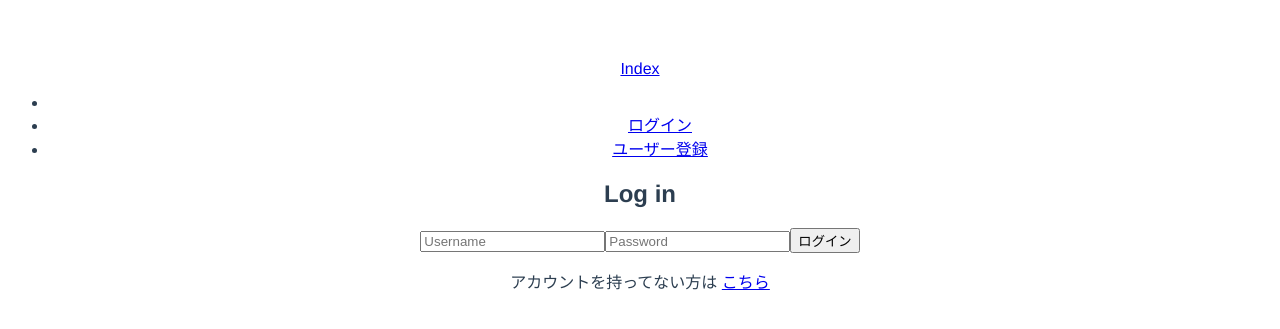
Repository: dododoSA/chat-app
Page: /login (app in front/)
These files come from the project's save history. The page is drawn as it stood at one moment and after the next save; the edit follows.
The browser window is 1280 px wide. The pictures show the whole page.
The project was rebuilt for these pictures with package versions that can differ from the ones it lists, and the page was loaded fresh each time. Also part of the build but not shown: front/vue.config.js, front/src/components/HelloWorld.vue, front/src/components/Thread.vue, front/src/components/Channel.vue, front/src/components/Top.vue, front/src/components/Signup.vue, front/src/components/NewChannelForm.vue, front/src/components/EditChannelForm.vue.

Above is the page before, as saved 2019-09-09 10:28:30.

### front/src/main.js
import Vue from 'vue'
import App from './App.vue'
import router from './router'
import store from './store'

Vue.config.productionTip = false
Vue.config.devtools = true

new Vue({
  store,
  router,
  render: h => h(App),
}).$mount('#app')

### front/src/App.vue
<template>
  <div id="app">
    <nav class="navbar navbar-expand navbar-dark bg-dark">
      <router-link to="/">Index</router-link>
      <ul class="navbar-nav mr-auto">
        <li class="nav-item">
            <a v-if="!me" href="#" class="nav-link" @click="logout">ログアウト</a>
        </li>
        <li v-if="me" class="nav-item">
          <router-link to="/login">ログイン</router-link>
        </li>
        <li v-if="me" class="nav-item">
          <router-link to="/signup">ユーザー登録</router-link>
        </li>
      </ul>
    </nav>

    <router-view></router-view>
  </div>
</template>

<script>
import HelloWorld from './components/HelloWorld.vue'
import axios from 'axios'

export default {
  name: 'app',
  components: {
    HelloWorld
  },
  methods: {
    logout: function() {
      axios.get("/logout").then(
        this.$router.push("/")
      )
    }
  },
  computed: {
    me() {
      return this.$store.getters.getUsername
    }
  }
}
</script>

<style>
#app {
  font-family: 'Avenir', Helvetica, Arial, sans-serif;
  -webkit-font-smoothing: antialiased;
  -moz-osx-font-smoothing: grayscale;
  text-align: center;
  color: #2c3e50;
  margin-top: 60px;
}
</style>

### front/src/router.js
import Vue from 'vue'
import VueRouter from 'vue-router'

import Top from './components/Top'
import Login from './components/Login'
import Signup from './components/Signup'
import NewChannelForm from './components/NewChannelForm'
import Channel from './components/Channel'
import EditChannelForm from './components/EditChannelForm'

Vue.use(VueRouter);

const router = new VueRouter({
    mode: 'history',
    routes: [
        {
            path: '/',
            name: 'Top',
            component:Top
        },
        {
            path: '/login',
            name: 'Login',
            component: Login
        },
        {
            path: '/signup',
            name: 'Signup',
            component: Signup
        },
        {
            path: '/channel/new',
            component: NewChannelForm
        },
        {
            path: '/channel/:name/edit',
            name: 'EditChannelForm',
            component: EditChannelForm
        },
        {
            path: '/channel/:name',
            name: 'Channel',
            component: Channel
        }
    ]
})


export default router

### front/src/store/index.js
import Vue from 'vue'
import Vuex from 'vuex'
import axios from 'axios'

Vue.use(Vuex)

const store = () => new Vuex.Store({
    state: {
        username: ''
    },
    getters: {
        getUsername: (state, getters) => () => {
            return state.username
        }
    },
    mutations: {
        setMe(state, payload) {
            state.username = payload.username
        }
    },
    actions: {
        getMe(context) {
            const payload = {
                username: ''
            }
            axios.get('/get_me')
                .then(function(response) {
                    payload.username = response.data
                    context.commit('setMe', payload)
                })
                .catch(function(error) {
                    console.log(error)
                })
        }
    }
})

export default store

### front/src/components/Login.vue
<template>
    <div class="login">
        <h2>Log in</h2>
        <input type="text" placeholder="Username" v-model="username">
        <input type="password" placeholder="Password" v-model="password">
        <button class="btn btn-primary" @click="logIn">ログイン</button>
        <p>
            アカウントを持ってない方は
            <router-link to="/signup">こちら</router-link>
        </p>
    </div>
</template>

<script>
import axios from 'axios'

export default {
    name: 'Login',
    data: () => {
        return {
            username: '',
            password: ''
        }
    },
    methods: {
        logIn: function() {
            let _this = this
            const data = {
                username : this.username,
                password : this.password
            }

            if (this.username != '' && this.password != '') {
                axios.post('/login', data)
                    .then(function(response) {
                        _this.$router.push({name: 'Top'})
                    })
                    .catch(function(error) {
                        console.log(error)
                    })
            }
        }
    }
}
</script>

Loaded but not shown: front/public/index.html (common file)

After the next save:
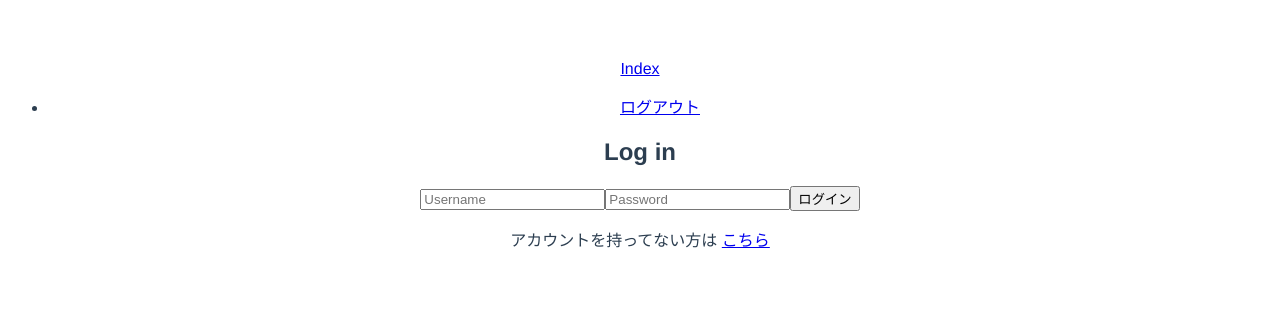
Saved 2 min 54 s later.
--- a/front/src/App.vue
+++ b/front/src/App.vue
@@ -37,7 +37,7 @@ export default {
   },
   computed: {
     me() {
-      return this.$store.getters.getUsername
+      return this.$store.username
     }
   }
 }
